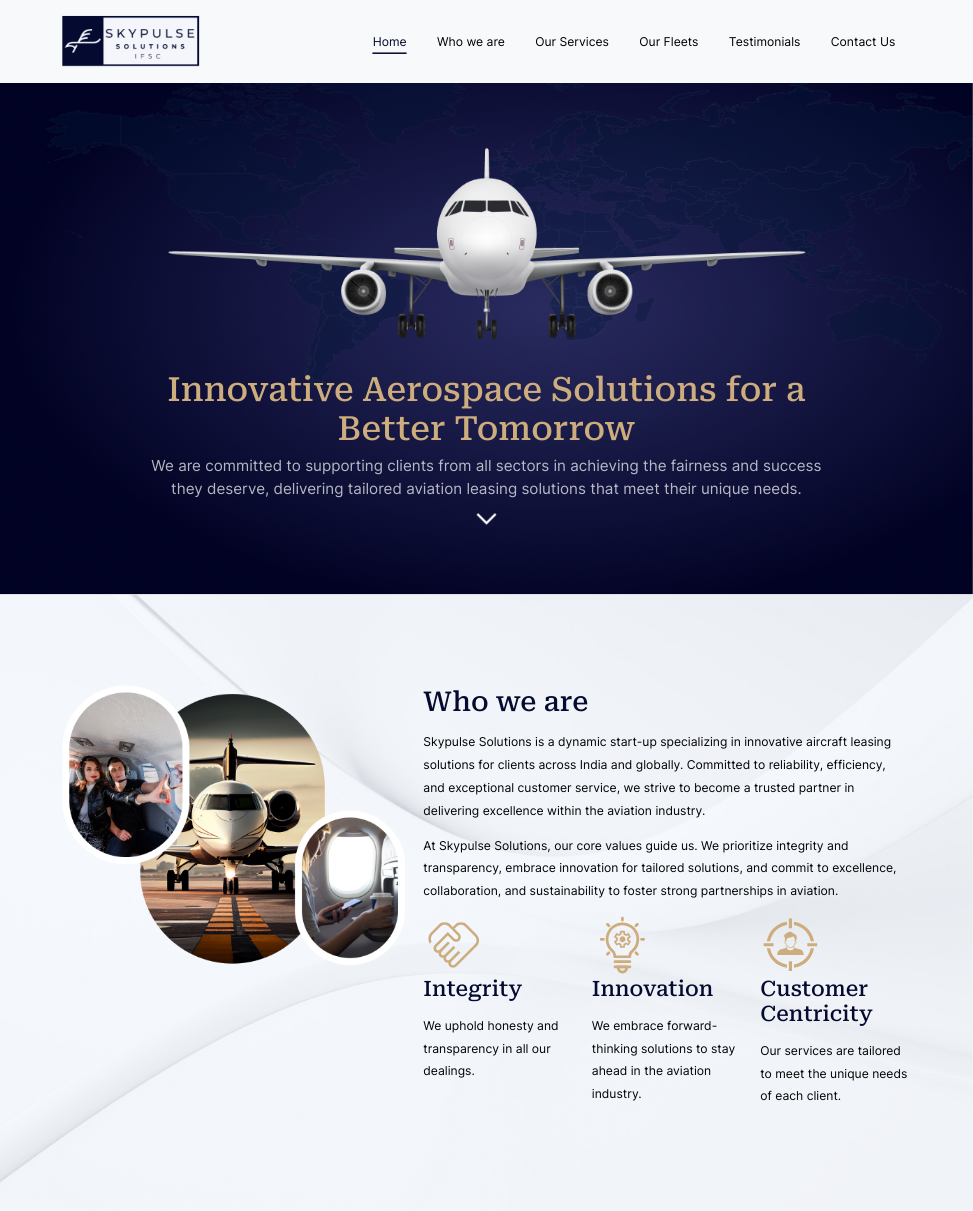
Repository: mangalravi/SkyPulse
Page: index.html
The author's editor kept a copy of each file at every save. The page is drawn from the files as they stood at one save, then again after the next save.
The browser window is 1280 px wide. The pictures show the whole page, at 76% of full size.

Above is the page before, as saved 2024-12-30 10:30:57.

### index.html
<!DOCTYPE html>
<html lang="en">
  <head>
    <meta charset="UTF-8" />
    <meta name="viewport" content="width=device-width, initial-scale=1.0" />
    <title>SkyPluse</title>
    <link rel="icon" href="content/images/favicon.png" type="image/x-icon" />
    <link
      rel="stylesheet"
      type="text/css"
      href="content/bootstrap/css/bootstrap.min.css"
    />
    <link rel="stylesheet" type="text/css" href="content/css/font-family.css" />
    <link rel="stylesheet" type="text/css" href="content/css/Icon.css" />
    <link
      rel="stylesheet"
      type="text/css"
      href="content/lib/slick/css/slick.min.css"
    />
    <link rel="stylesheet" type="text/css" href="content/css/custom.css" />
  </head>
  <body>
    <header class="nvbrhdr position-fixed w-100">

      <nav class="navbar navbar-expand-lg bg-body-tertiary p-0">
        <div class="container-fluid container-lg">
          <a class="navbar-brand m-0 p-0" href="#">
            <img src="content/images/logo.png" alt="logo">
          </a>
          <button class="navbar-toggler" type="button" data-bs-toggle="collapse" data-bs-target="#navbarSupportedContent" aria-controls="navbarSupportedContent" aria-expanded="false" aria-label="Toggle navigation">
            <span class="navbar-toggler-icon"></span>
          </button>
          <div class="collapse navbar-collapse" id="navbarSupportedContent">
            <ul class="navbar-nav ms-auto mb-2 mb-lg-0">
              <li class="nav-item">
                <a class="nav-link active ps-0" aria-current="page" href="#">Home</a>
              </li>
              <li class="nav-item">
                <a class="nav-link" href="#">Who we are</a>
              </li>

              <li class="nav-item">
                <a class="nav-link" href="#">Our Services</a>
              </li>
              <li class="nav-item">
                <a class="nav-link" href="#">Our Fleets</a>
              </li>
              <li class="nav-item">
                <a class="nav-link" href="#">Testimonials</a>
              </li>

              <li class="nav-item">
                <a class="nav-link pe-0" href="#">Contact Us</a>
              </li>
            </ul>

          </div>
        </div>
      </nav>

    </header>
   <section class="top-banner" style="background:url(content/images/banner-bg.png)">
    <div class="container">
      <div class="row justify-content-center">
        <div class="col-md-10">
          <div class="topcntnt text-center">
            <img src="content/images/airplane.png" alt="airplane">
            <h1 class="mb-2 fw-medium">Innovative Aerospace Solutions for a Better Tomorrow</h1>
            <p class="mb-2">We are committed to supporting clients from all sectors in achieving the fairness and success they deserve, delivering tailored aviation leasing solutions that meet their unique needs.</p>
            <span class="material-symbols-outlined">  arrow_forward_ios </span>
          </div>
        </div>
      </div>
    </div>
   </section>
   <section class="who-we-are" style="background:url(content/images/who-we-are-bg.jpg)">
    <div class="container">
      <div class="row justify-content-center gx-4">
        <div class="col-md-5">
<img src="content/images/who-we-are.png" alt="who">
          </div>
        <div class="col-md-7">
<h2 class="sec-head ">Who we are</h2>
<p class="sec-para">Skypulse Solutions is a
  dynamic start-up specializing in innovative aircraft leasing solutions
   for clients across India
  and globally.  Committed
   to reliability, efficiency, and exceptional
   customer service, we
   strive to become a
   trusted partner in
   delivering excellence
   within the aviation industry.</p>
   <p class="sec-para">
    At Skypulse Solutions, our core values guide us. We prioritize integrity and transparency, embrace innovation for tailored solutions, and commit to excellence, collaboration, and sustainability to foster strong partnerships in aviation.
   </p>
   <div class="row">
    <div class="col-md-4">
      <img src="content/images/integrity.svg" alt="integrity">
      <h3>Integrity</h3>
      <p>We uphold honesty and transparency in all our dealings.</p>
    </div>
    <div class="col-md-4">
      <img src="content/images/innovation.svg" alt="innovation">
      <h3>Innovation</h3>
      <p>We embrace forward-thinking solutions to stay ahead in the aviation industry.</p>
    </div>
    <div class="col-md-4">
      <img src="content/images/customer-centricity.svg" alt="customer-centricity">
      <h3>Customer Centricity</h3>
      <p>Our services are tailored to meet the unique needs of each client.</p>
    </div>
   </div>
          </div>
          </div>
          </div>
          </div>
    <script src="content/js/jquery.min.js"></script>
  <script src="content/bootstrap/js/bootstrap.bundle.min.js"></script>
    <script src="content/lib/slick/js/slick.min.js"></script>
    <script src="content/js/custom.js"></script>
  </body>
</html>

### content/css/font-family.css
/* Inter Family */

@font-face {
  font-family: "Inter";
  font-style: normal;
  font-weight: 400;
  src: url("../fonts/Inter/Inter-Regular.ttf") format("truetype");
  font-display: swap;
}

@font-face {
  font-family: "Inter";
  font-style: normal;
  font-weight: 500;
  src: url("../fonts/Inter/Inter-Medium.ttf") format("truetype");
  font-display: swap;
}

/* Roboto Serif Family */

@font-face {
  font-family: "RobotoSerif";
  font-style: normal;
  font-weight: 400;
  src: url("../fonts/Roboto-Serif/RobotoSerif-Regular.ttf") format("truetype");
  font-display: swap;
}

@font-face {
  font-family: "RobotoSerif";
  font-style: normal;
  font-weight: 500;
  src: url("../fonts/Roboto-Serif/RobotoSerif-Medium.ttf") format("truetype");
  font-display: swap;
}

### content/css/Icon.css
/* fallback */
@font-face {
    font-family: 'Material Icons';
    font-style: normal;
    font-weight: 300;
    src: url(../fonts/icon.woff2) format('woff2');
  }
  /* fallback */
  @font-face {
    font-family: 'Material Icons Outlined';
    font-style: normal;
    font-weight: 300;
    src: url(../fonts/icon-outline.woff2) format('woff2');
  }
  @font-face {
    font-family: 'Material Symbols Outlined';
    font-style: normal;
    font-weight: 300;
    src: url(../fonts/icon-symbol-outline.woff2) format('woff2');
  }

  .material-icons {
    font-family: 'Material Icons';
    font-weight: normal;
    font-style: normal;
    font-size: 24px;
    line-height: 1;
    letter-spacing: normal;
    text-transform: none;
    display: inline-block;
    white-space: nowrap;
    word-wrap: normal;
    direction: ltr;
    -webkit-font-feature-settings: 'liga';
    -webkit-font-smoothing: antialiased;
  }

  .material-icons-outlined {
    font-family: 'Material Icons Outlined';
    font-weight: normal;
    font-style: normal;
    font-size: 24px;
    line-height: 1;
    letter-spacing: normal;
    text-transform: none;
    display: inline-block;
    white-space: nowrap;
    word-wrap: normal;
    direction: ltr;
    -webkit-font-feature-settings: 'liga';
    -webkit-font-smoothing: antialiased;
  }
 /* Fallback */


.material-symbols-outlined {
  font-family: 'Material Symbols Outlined';
  font-weight: normal;
  font-style: normal;
  font-size: 24px;
  line-height: 1;
  letter-spacing: normal;
  text-transform: none;
  display: inline-block;
  white-space: nowrap;
  word-wrap: normal;
  direction: ltr;
  -webkit-font-feature-settings: 'liga';
  -webkit-font-smoothing: antialiased;
}

### content/lib/slick/css/slick.min.css
/**
 * Minified by jsDelivr using clean-css v4.2.0.
 * Original file: /npm/slick-carousel@1.8.1/slick/slick.css
 *
 * Do NOT use SRI with dynamically generated files! More information: https://www.jsdelivr.com/using-sri-with-dynamic-files
 */
 .slick-slider{position:relative;display:block;box-sizing:border-box;-webkit-user-select:none;-moz-user-select:none;-ms-user-select:none;user-select:none;-webkit-touch-callout:none;-khtml-user-select:none;-ms-touch-action:pan-y;touch-action:pan-y;-webkit-tap-highlight-color:transparent}.slick-list{position:relative;display:block;overflow:hidden;margin:0;padding:0}.slick-list:focus{outline:0}.slick-list.dragging{cursor:pointer;cursor:hand}.slick-slider .slick-list,.slick-slider .slick-track{-webkit-transform:translate3d(0,0,0);-moz-transform:translate3d(0,0,0);-ms-transform:translate3d(0,0,0);-o-transform:translate3d(0,0,0);transform:translate3d(0,0,0)}.slick-track{position:relative;top:0;left:0;display:block;margin-left:auto;margin-right:auto}.slick-track:after,.slick-track:before{display:table;content:''}.slick-track:after{clear:both}.slick-loading .slick-track{visibility:hidden}.slick-slide{display:none;float:left;height:100%;min-height:1px}[dir=rtl] .slick-slide{float:right}.slick-slide img{display:block}.slick-slide.slick-loading img{display:none}.slick-slide.dragging img{pointer-events:none}.slick-initialized .slick-slide{display:block}.slick-loading .slick-slide{visibility:hidden}.slick-vertical .slick-slide{display:block;height:auto;border:1px solid transparent}.slick-arrow.slick-hidden{display:none}
 /*# sourceMappingURL=/sm/fb3ed351cd5c0f1f30f88778ee1f9b056598e6d25ac4fdcab1eebcd8be521cd9.map */

### content/css/custom.css
:root {
  --bs-primary-color: #050A30;
  --bs-secondary-color: #030303;
  --bs-gold-color: #CDAD7D;
  --bs-heading-font-family: 'RobotoSerif', serif;
  --bs-body-font-family: 'Inter', sans-serif;
}

  section {
    padding: 120px 0;
  }
  p {
    color:var(--bs-secondary-color);
    line-height: 1.875rem;
    font-weight: 400;
  }
  a {
    text-decoration: none;
  }
  h1,h2,h3,h4,h5,h6 {
    font-family: var(--bs-heading-font-family);
    font-weight: 500;
    margin-bottom: 1rem;
    color:var(--bs-primary-color);
  }
  .material-symbols-outlined {
    font-weight: bold;
    font-size:1.25rem;
    transition:all 0.7s;
  }
  img {
    max-width: 100%;
  }
  body{
    padding:0 ;
  }
 .navbar{
background: #FFFFFFF2;
 }
 .navbar-expand-lg .navbar-nav .nav-link {
padding: 2.781rem 0;
margin:0 1.25rem;
color:#000000;
line-height: 1.25rem;
position: relative;
 }
 .navbar-expand-lg .navbar-nav .nav-link.active {
  color: var(--bs-primary-color);
 }
 .navbar-expand-lg .navbar-nav .nav-link::before{
  position: absolute;
  content: "";
  background: transparent;
  width: 100%;
  height: 2px;
  left: 0;
  top: 63%;
 }
 .navbar-expand-lg .navbar-nav .nav-link.active::before,
  .navbar-expand-lg .navbar-nav .nav-link:hover::before {
background:var(--bs-primary-color);
 }

/* top-banner */
.top-banner{
  padding-top: 195px;
   padding-bottom: 78px;
background-size:cover;
background-position:center;
 }
.top-banner .topcntnt img{
margin-bottom: 2.5rem;
 }
.top-banner .topcntnt h1{
color:#CDAD7D;
font-size:2.75rem;
line-height: 51.52px;
letter-spacing: 1.5%;
 }
.top-banner .topcntnt p{
font-size:1.25rem;
line-height: 1.875rem;
color:#fff;
opacity: 0.7;
 }
.top-banner .topcntnt span{
  font-size: 2rem;
  transform: rotate(90deg);
  color: #fff;
}
.sec-head{
  font-size: 2.25rem;
}
.who-we-are .sec-head{

}
.gold{
  color:#CDAD7D;
}

### content/js/custom.js
$(window).scroll(function () {
  $(this).scrollTop() >= 250
    ? $(".nvbrhdr").addClass("bg-white")
    : $(".nvbrhdr").removeClass("bg-white");
})

Loaded but not shown: content/bootstrap/css/bootstrap.min.css (library); content/js/jquery.min.js (library); content/bootstrap/js/bootstrap.bundle.min.js (library); content/lib/slick/js/slick.min.js (library)

After the next save:
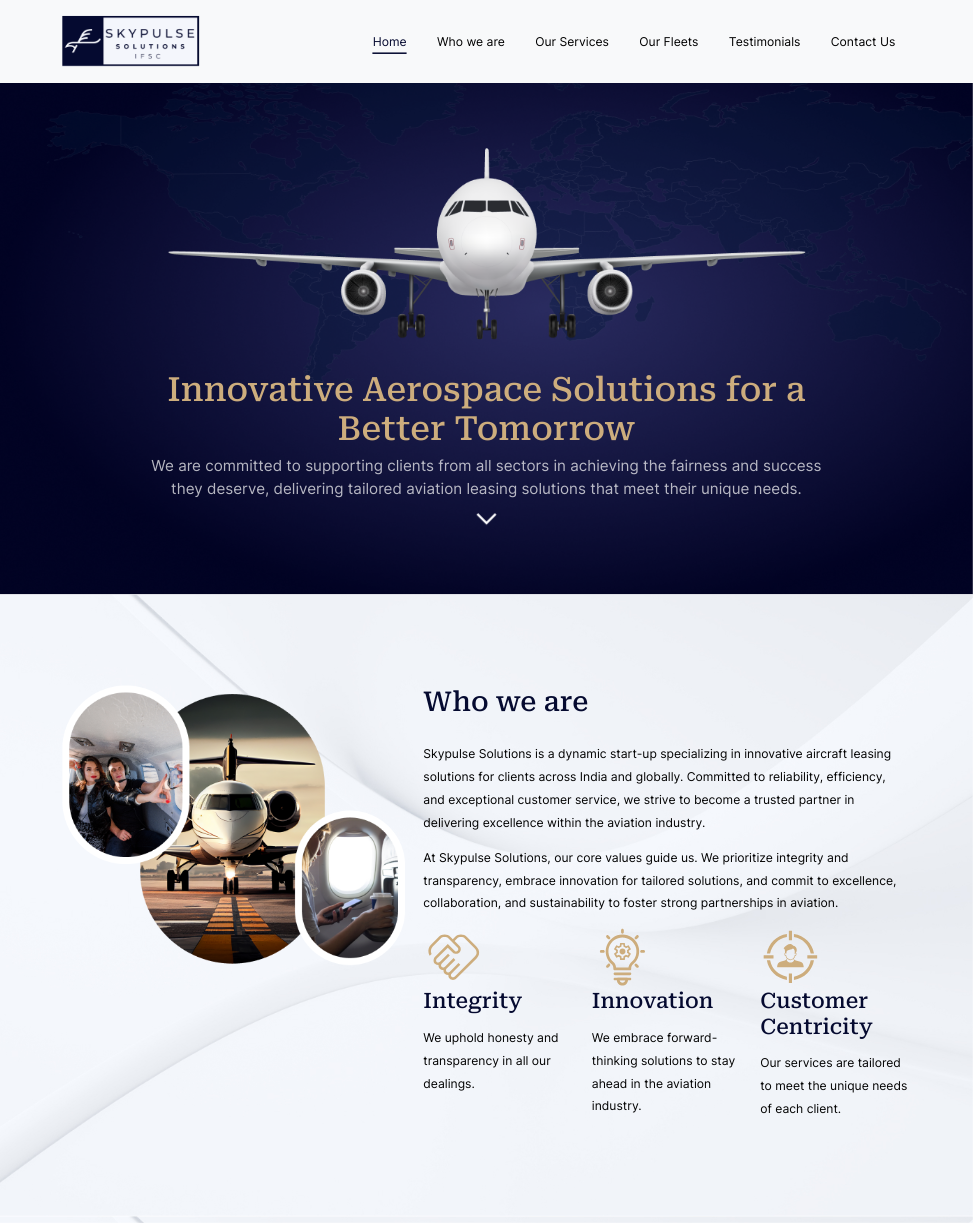
Saved 5 s later.
--- a/content/css/custom.css
+++ b/content/css/custom.css
@@ -92,7 +92,7 @@ opacity: 0.7;
   font-size: 2.25rem;
 }
 .who-we-are .sec-head{
-
+  margin-bottom: 2rem;
 }
 .gold{
   color:#CDAD7D;
